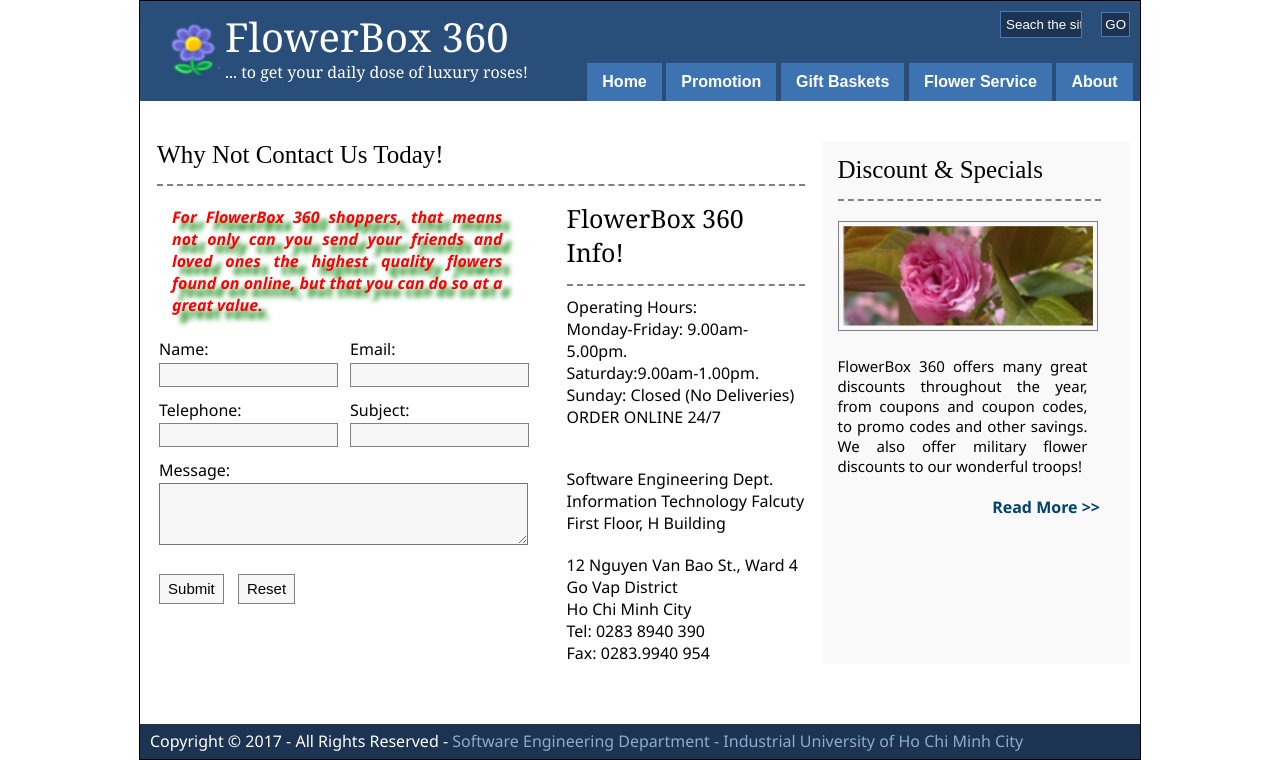
Repository: thu1365/BTKT_WEB
Page: HTML/btkt.html
The author's editor kept a copy of each file at every save. The page is drawn from the files as they stood at one save, then again after the next save.
The browser window is 1280 px wide. The pictures show the whole page.

Above is the page before, as saved 2023-03-11 21:27:05.

### HTML/btkt.html
<!DOCTYPE html>
<html lang="en">

<head>
    <meta charset="UTF-8">
    <meta http-equiv="X-UA-Compatible" content="IE=edge">
    <meta name="viewport" content="width=device-width, initial-scale=1.0">
    <title>21025781-Lê Minh Thư</title>
    <style>
        * {
            padding: 0;
            margin: 0 auto;
        }

        .wrapper {
            width: 1000px;
            background-color: #fff;
            border: 1px solid black;
        }

        header {
            position: relative;
            width: 1000px;
            height: 100px;
            background-color: #294e79;
            font-family: Georgia, 'Times New Roman', Times, serif;
        }

        .logo {
            position: relative;
            left: 20px;
            top: 10px;
            width: 60px;
            height: 80px;
        }

        .name1 {
            font-size: 40px;
            color: #fff;
            position: absolute;
            left: 85px;
            top: 8px;
        }

        .name2 {
            color: #fff;
            position: absolute;
            left: 85px;
            top: 60px;
        }

        #search1 {
            background-color: #1c3451;
            border: 1px solid #4579b7;
            color: #fff;
            margin-right: 15px;
            width: 80px;
            height: 25px;
        }

        #search1::placeholder {
            padding-left: 5px;
            color: #fff;
        }

        #search2 {
            background-color: #1c3451;
            border: 1px solid #4579b7;
            color: #fff;
            height: 25px;
            padding: 0 3px;
        }

        .search_form {
            position: absolute;
            top: 10px;
            right: 10px;
        }

        .nav {
            display: flex;
            width: 550px;
            position: absolute;
            bottom: 0px;
            right: 5px;
            font-family: Arial, Helvetica, sans-serif;
        }

        .nav_item {
            position: relative;
            padding: 10px 15px;
            background-color: #3d73b1;
        }

        .nav_item:hover {
            background-color: #8babd0;
        }

        .nav_item a {
            color: white;
            font-weight: bold;
            text-decoration: none;
        }

        .nav1 {
            display: none;
            position: absolute;
            top: 39px;
            left: 0px;
            width: 180px;
            height: 60px;
            background-color: #8babd0;
        }

        .nav2 {
            box-sizing: border-box;
            padding-left: 15px;
            line-height: 30px;
            height: 50%;
            border: 1px solid rgb(158, 196, 240);
            color: white;
        }

        .nav_item:hover .nav1 {
            display: block;
            background-color: #9bbbe0;
        }

        .nav2:hover {
            background-color: #edf6ff;
            cursor: pointer;
        }

        .container {
            font-family: 'Segoe UI', Tahoma, Geneva, Verdana, sans-serif;
            padding-bottom: 60px;
            width: 100%;
            display: flex;
        }

        .Left {
            display: flex;
            width: 70%;
            justify-content: space-between;
            flex-wrap: wrap;
        }

        .p1 {
            width: 55%;
        }

        .p2 {
            width: 35%;
        }

        .p3 {
            background-color: #f9f9f9;
            width: 30%;
            padding-left: 15px;
            margin-top: 40px;
            margin-right: 10px;
        }

        .Left1 {
            font-family: 'Times New Roman', Times, serif;
            width: 95%;
            padding: 40px 0px 15px 0px;
            font-size: 25px;
            border-bottom: 2px dashed gray;
        }

        .p1_1 {
            padding: 20px 30px 20px 15px;
            text-align: justify;
            color: red;
            font-style: italic;
            font-family: 'Segoe UI', Tahoma, Geneva, Verdana, sans-serif;
            text-shadow: 8px 8px 5px green;
        }

        table input {
            height: 22px;
            margin-right: 10px;
            margin-bottom: 10px;
            background-color: #f7f7f7;
            border: 1px solid gray;
        }

        table textarea {
            background-color: #f7f7f7;
        }

        .p1_sub {
            box-sizing: border-box;
            margin-top: 20px;
            height: 30px;
            font-size: 15px;
            padding: 0 8px;
            line-height: 28px;
            border: 1px solid gray;
        }

        .p2_1 {
            font-family: Georgia, 'Times New Roman', Times, serif;
            padding: 15px 0px 15px;
            width: 100%;
            font-size: 25px;
            border-bottom: 2px dashed gray;
        }

        .p2_2 {
            font-family: 'Segoe UI', Tahoma, Geneva, Verdana, sans-serif;
            padding: 10px 0 40px 0;
        }

        .p2_3 {
            font-family: 'Segoe UI', Tahoma, Geneva, Verdana, sans-serif;
        }

        .p2_4 {
            font-family: 'Segoe UI', Tahoma, Geneva, Verdana, sans-serif;
            padding-top: 20px;
        }

        .p3_1 {
            font-family: 'Times New Roman', Times, serif;
            padding: 15px 0px 15px;
            width: 90%;
            margin-right: 30px;
            font-size: 25px;
            border-bottom: 2px dashed gray;
        }

        .p3_anh {
            width: 250px;
            height: 100px;
            padding: 4px;
            margin: 20px 0;
            border: 1px solid gray;
        }

        .p3_2 {
            width: 250px;
            margin-right: 30px;
            float: left;
            text-align: justify;
            font-family: 'Segoe UI', Tahoma, Geneva, Verdana, sans-serif;
            font-size: 15px;
            display: block;
        }

        .p3_3 {
            color: #00436d;
            font-weight: bold;
            margin-right: 30px;
            float: right;
            padding-top: 20px;
            text-decoration: none;
        }

        footer {
            background-color: #1c3451;
            height: 35px;
        }

        #footer_1 {
            font-family: 'Segoe UI', Tahoma, Geneva, Verdana, sans-serif;
            padding-left: 10px;
            color: #8babd0;
            line-height: 35px;
        }

        #footer_1 .white {
            color: #fff;
        }
    </style>
</head>

<body>
    <div class="wrapper">
        <header>
            <img src="/IMAGE/AnhLogo.PNG" alt="" class="logo">
            <p class="name1">FlowerBox 360</p>
            <p class="name2">... to get your daily dose of luxury roses!</p>
            <form action="" class="search_form">
                <input type="text" name="" id="search1" placeholder="Seach the site...">
                <input id="search2" type="button" value="GO">
            </form>
            <div class="nav">
                <div class="nav_item"><a href="">Home</a></div>
                <div class="nav_item"><a href="">Promotion</a></div>
                <div class="nav_item"><a href="">Gift Baskets</a></div>
                <div class="nav_item"><a href="">Flower Service</a>
                    <div class="nav1">
                        <div class="nav2"><b>Flower for Wedding</b></div>
                        <div class="nav2"><b>Flower for Conference</b></div>

                    </div>
                </div>
                <div class="nav_item"><a href="">About</a></div>
            </div>
        </header>
        <div class="container">
            <div class="Left">
                <p class="Left1">Why Not Contact Us Today!</p>
                <div class="p1">
                    <p class="p1_1"><b>For FlowerBox 360 shoppers, that means not only can you send your friends and loved ones the highest quality flowers found on online, but that you can do so at a great value.</b></p>
                    <form action="" class="c1_form">
                        <table>
                            <tr>
                                <td><label for="name_ip">Name:</label></td>
                                <td><label for="mail_ip">Email:</label></td>
                            </tr>
                            <tr>
                                <td><input type="text" name="" id="name_ip"></td>
                                <td><input type="email" name="" id="mail_ip"></td>
                            </tr>
                            <tr>
                                <td><label for="tel_ip">Telephone:</label></td>
                                <td><label for="sub_ip">Subject:</label></td>
                            </tr>
                            <tr>
                                <td><input type="tel" name="" id="tel_ip"></td>
                                <td><input type="text" name="" id="sub_ip"></td>
                            </tr>
                            <tr>
                                <td colspan="2"><label for="mess_ip">Message:</label></td>
                            </tr>
                            <tr>
                                <td colspan="2"> <textarea name="" id="mess_ip" cols="44" rows="4"></textarea></td>
                            </tr>
                            <tr>
                                <tr>
                                    <td><input class="p1_sub" type="button" value="Submit"> <input class="p1_sub" type="button" value="Reset"></td>
                                </tr>
                            </tr>
                        </table>

                    </form>
                </div>
                <div class="p2">
                    <p class="p2_1">FlowerBox 360 Info!</p>
                    <p class="p2_2">Operating Hours: <br> Monday-Friday: 9.00am-5.00pm.<br> Saturday:9.00am-1.00pm.
                        <br> Sunday: Closed (No Deliveries)<br> ORDER ONLINE 24/7
                    </p>
                    <p class="p2_3">
                        Software Engineering Dept. <br> Information Technology Falcuty<br> First Floor, H Building
                    </p>
                    <p class="p2_4">
                        12 Nguyen Van Bao St., Ward 4<br> Go Vap District<br> Ho Chi Minh City<br> Tel: 0283 8940 390<br> Fax: 0283.9940 954
                    </p>


                </div>
            </div>
            <div class="p3">
                <p class="p3_1">Discount & Specials</p>
                <img src="/IMAGE/Hoa.jpg" alt="" class="p3_anh">
                <p class="p3_2">FlowerBox 360 offers many great discounts throughout the year, from coupons and coupon codes, to promo codes and other savings. We also offer military flower discounts to our wonderful troops!</p>
                <a class="p3_3" href="">Read More >></a>
            </div>
        </div>
        <footer>
            <p id="footer_1"><span class="white">Copyright © 2017 - All Rights Reserved -</span> Software Engineering Department - Industrial University of Ho Chi Minh City</p>
        </footer>
    </div>
</body>

</html>

After the next save:
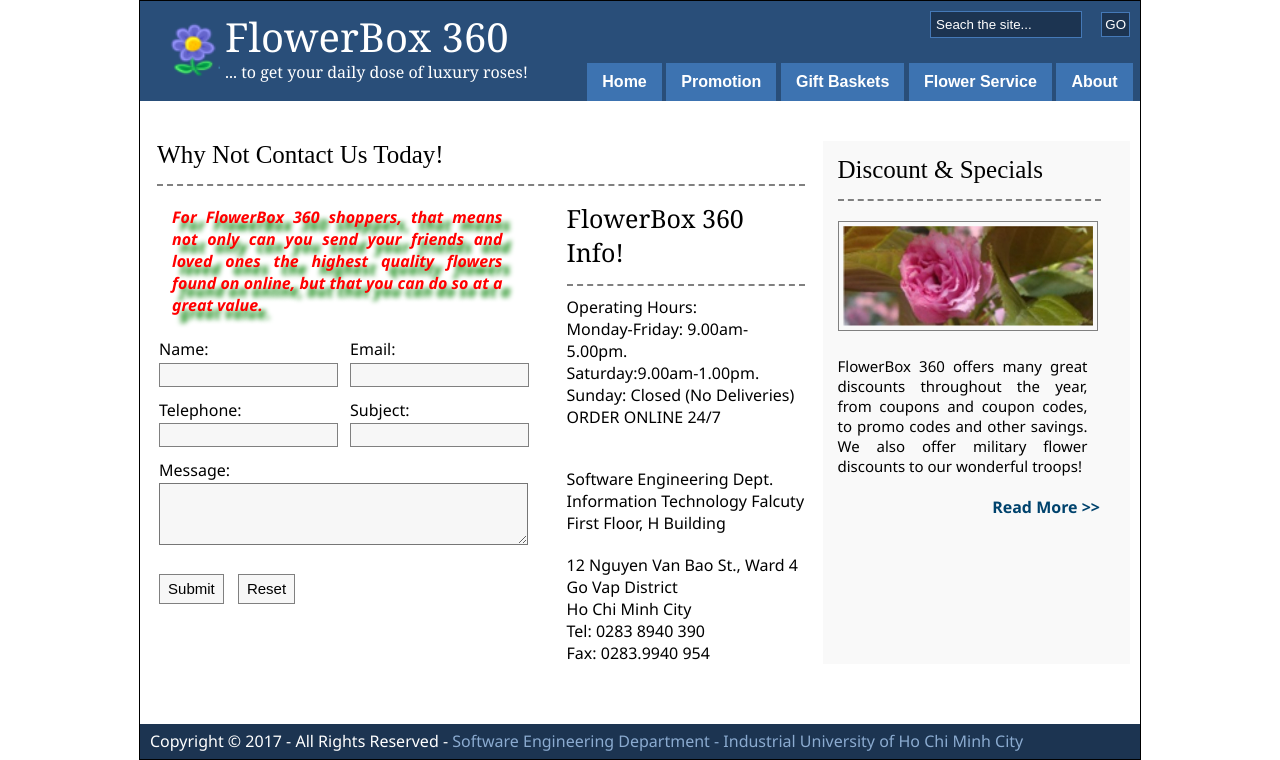
Saved 7 s later.
--- a/HTML/btkt.html
+++ b/HTML/btkt.html
@@ -54,7 +54,7 @@
             border: 1px solid #4579b7;
             color: #fff;
             margin-right: 15px;
-            width: 80px;
+            width: 150px;
             height: 25px;
         }
 
